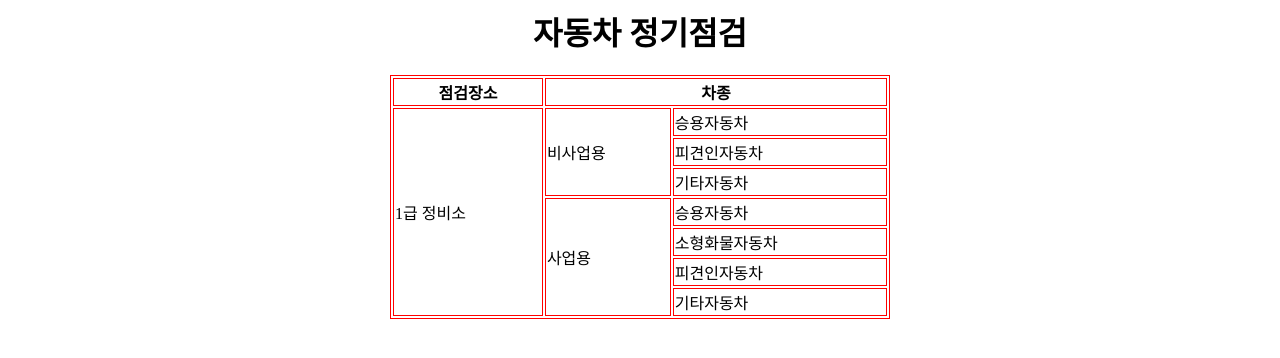
Repository: kisunssong/jsp
Page: http://localhost/test/tabletest.jsp
An editor plug-in stored every save of this project. The page is shown before and after a run of saves, followed by the edit.
The browser window is 1280 px wide. The pictures show the whole page.
The page is served by Tomcat 9.

Above is the page before, as saved 2020-11-01 12:25:56.

### test/WebContent/tabletest.jsp
<%@ page language="java" contentType="text/html; charset=EUC-KR"
    pageEncoding="EUC-KR"%>
<html>
<head><title>테이블 생성 기초</title></head>
<body>
<div align="center">
<h1>자동차 정기점검</h1>
<table border="1" bordercolor="red" width="500">
	<thead>
		<tr>
			<th bordercolor="red">점검장소</th><th colspan="2" bordercolor="red">차종</th>
		</tr>
	</thead>
	<tbody>
		<tr>
			<td rowspan="7" bordercolor="red">1급 정비소</td>
			<td rowspan="3" bordercolor="red">비사업용</td>
			<td bordercolor="red">승용자동차</td>
		</tr>
		<tr>
			<td bordercolor="red">피견인자동차</td>
		</tr>
		<tr>
			<td bordercolor="red">기타자동차</td>
		</tr>
		<tr>
			<td rowspan="4" bordercolor="red">사업용</td>
			<td bordercolor="red">승용자동차</td>
		</tr>
		<tr>
			<td bordercolor="red">소형화물자동차</td>
		</tr>
		<tr>
			<td bordercolor="red">피견인자동차</td>
		</tr>
		<tr>
			<td bordercolor="red">기타자동차</td>
		</tr>
	</tbody>
</table>
</div>
</body>
</html>

After the next 2 saves:
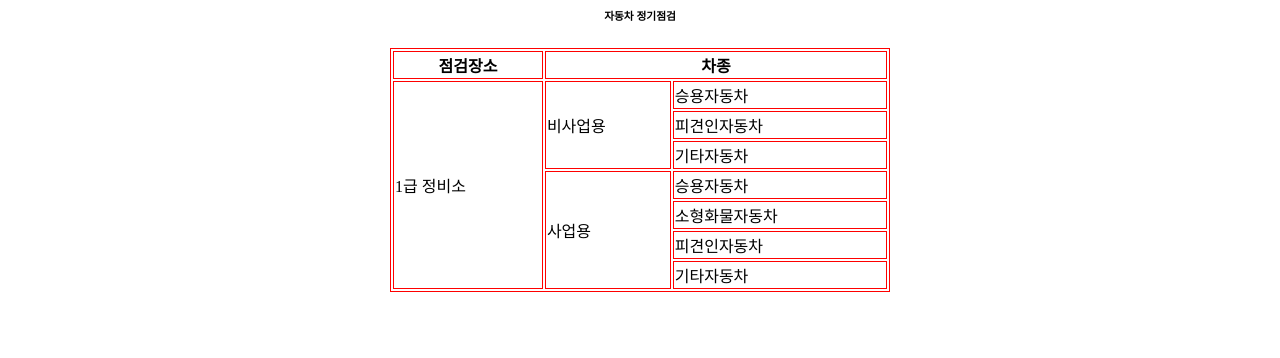
The 2 saves are shown as one change because they came seconds apart.
The last was saved 14 s later.
--- a/test/WebContent/tabletest.jsp
+++ b/test/WebContent/tabletest.jsp
@@ -4,7 +4,7 @@
 <head><title>테이블 생성 기초</title></head>
 <body>
 <div align="center">
-<h1>자동차 정기점검</h1>
+<h6>자동차 정기점검</h6>
 <table border="1" bordercolor="red" width="500">
 	<thead>
 		<tr>
